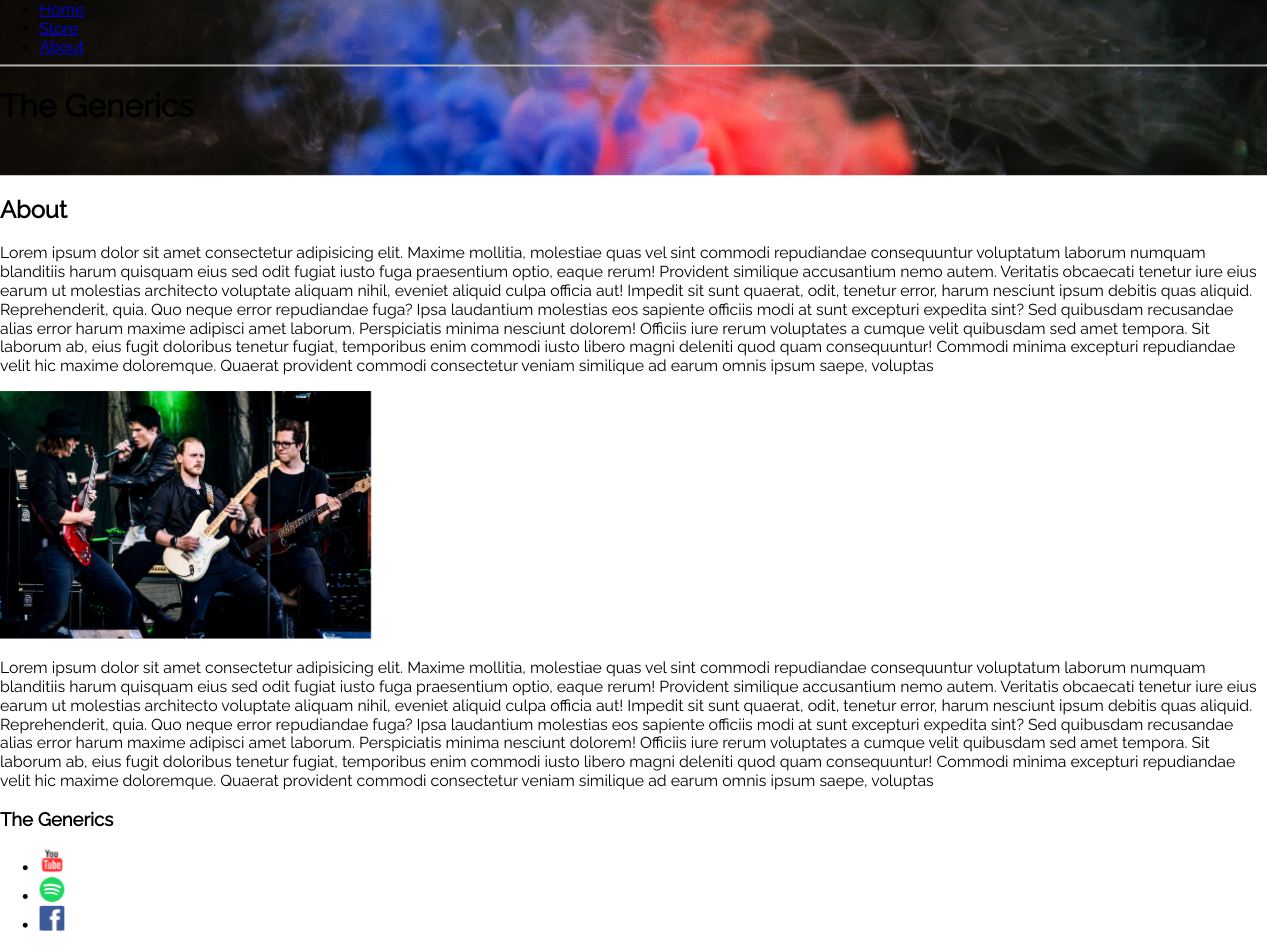
Repository: nazmulhaquep/WebDesign
Page: about.html
These files come from the project's save history. The page is drawn as it stood at one moment and after the next save; the edit follows.
The browser window is 1280 px wide. The pictures show the whole page, at 99% of full size.

Above is the page before, as saved 2023-11-23 10:18:31.

### about.html
<!DOCTYPE html>
<html lang="en">
<head>
    <meta charset="UTF-8">
    <meta name="viewport" content="width=device-width, initial-scale=1.0">
    <title>The Generics | About</title>
    <meta name="description" content="This is the description">
    <link rel="stylesheet" href="styles.css" />
</head>
<body>
    <header class="main-header">
        <nav class="nav">
            <ul>
                <li><a href="index.html">Home</a></li>
                <li><a href="store.html">Store</a></li>
                <li><a href="about.html">About</a></li>
            </ul>
        </nav>
        <hr/>
        <h1> The Generics </h1>
    </header>
    <section>
        <h1>About</h1>
        <p> Lorem ipsum dolor sit amet consectetur adipisicing elit. Maxime mollitia,
molestiae quas vel sint commodi repudiandae consequuntur voluptatum laborum
numquam blanditiis harum quisquam eius sed odit fugiat iusto fuga praesentium
optio, eaque rerum! Provident similique accusantium nemo autem. Veritatis
obcaecati tenetur iure eius earum ut molestias architecto voluptate aliquam
nihil, eveniet aliquid culpa officia aut! Impedit sit sunt quaerat, odit,
tenetur error, harum nesciunt ipsum debitis quas aliquid. Reprehenderit,
quia. Quo neque error repudiandae fuga? Ipsa laudantium molestias eos
sapiente officiis modi at sunt excepturi expedita sint? Sed quibusdam
recusandae alias error harum maxime adipisci amet laborum. Perspiciatis
minima nesciunt dolorem! Officiis iure rerum voluptates a cumque velit
quibusdam sed amet tempora. Sit laborum ab, eius fugit doloribus tenetur
fugiat, temporibus enim commodi iusto libero magni deleniti quod quam
consequuntur! Commodi minima excepturi repudiandae velit hic maxime
doloremque. Quaerat provident commodi consectetur veniam similique ad
earum omnis ipsum saepe, voluptas </p>
<img src="images/Band Members.png">
<p> Lorem ipsum dolor sit amet consectetur adipisicing elit. Maxime mollitia,
    molestiae quas vel sint commodi repudiandae consequuntur voluptatum laborum
    numquam blanditiis harum quisquam eius sed odit fugiat iusto fuga praesentium
    optio, eaque rerum! Provident similique accusantium nemo autem. Veritatis
    obcaecati tenetur iure eius earum ut molestias architecto voluptate aliquam
    nihil, eveniet aliquid culpa officia aut! Impedit sit sunt quaerat, odit,
    tenetur error, harum nesciunt ipsum debitis quas aliquid. Reprehenderit,
    quia. Quo neque error repudiandae fuga? Ipsa laudantium molestias eos
    sapiente officiis modi at sunt excepturi expedita sint? Sed quibusdam
    recusandae alias error harum maxime adipisci amet laborum. Perspiciatis
    minima nesciunt dolorem! Officiis iure rerum voluptates a cumque velit
    quibusdam sed amet tempora. Sit laborum ab, eius fugit doloribus tenetur
    fugiat, temporibus enim commodi iusto libero magni deleniti quod quam
    consequuntur! Commodi minima excepturi repudiandae velit hic maxime
    doloremque. Quaerat provident commodi consectetur veniam similique ad
    earum omnis ipsum saepe, voluptas </p>
    </section>
    <footer>
        <h3>The Generics</h3>
        <ul>
            <li><img src="images/YouTube Logo.png"> </li>
            <li><img src="images/Spotify Logo.png"> </li>
            <li><img src="images/Facebook Logo.png"> </li>
        </ul>
    </footer>
</body>
</html>

### styles.css
/* import font*/
@import url('https://fonts.googleapis.com/css2?family=Raleway:ital,wght@0,400;1,300&display=swap');

/* all width and padding adjust with device width */
*{
    box-sizing:border-box;
    font-family: Raleway;
}

html,body{
   margin:0;
   padding:0;
}

.main-header{
    background-image: url('images/Header Background.jpg');
    background-size: cover;
    padding-bottom: 30px;
}

.nav ul{
    margin:0px;
}

After the next save:
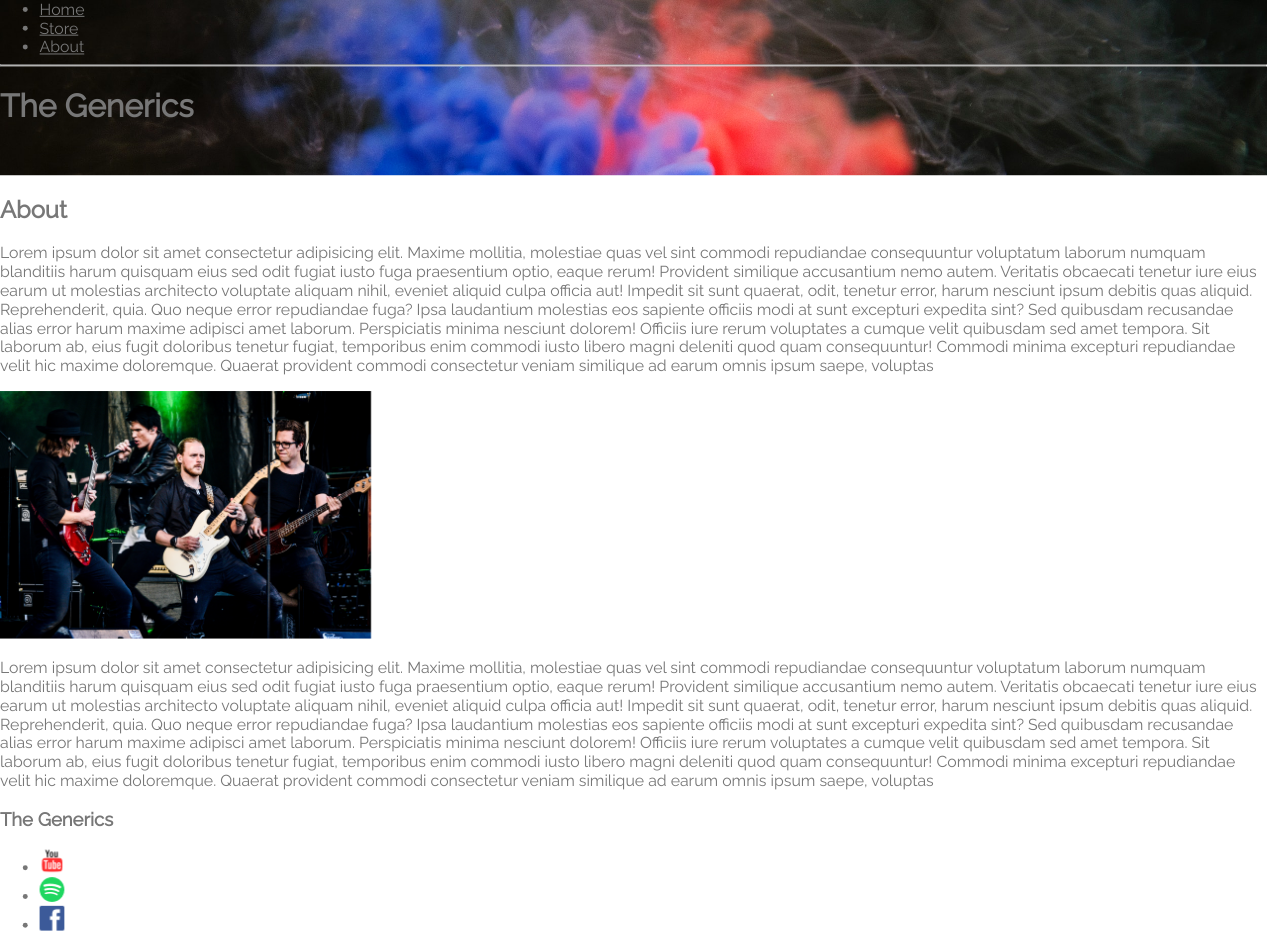
Saved 3 min 51 s later.
--- a/styles.css
+++ b/styles.css
@@ -5,6 +5,7 @@
 *{
     box-sizing:border-box;
     font-family: Raleway;
+    color:#777;
 }
 
 html,body{
